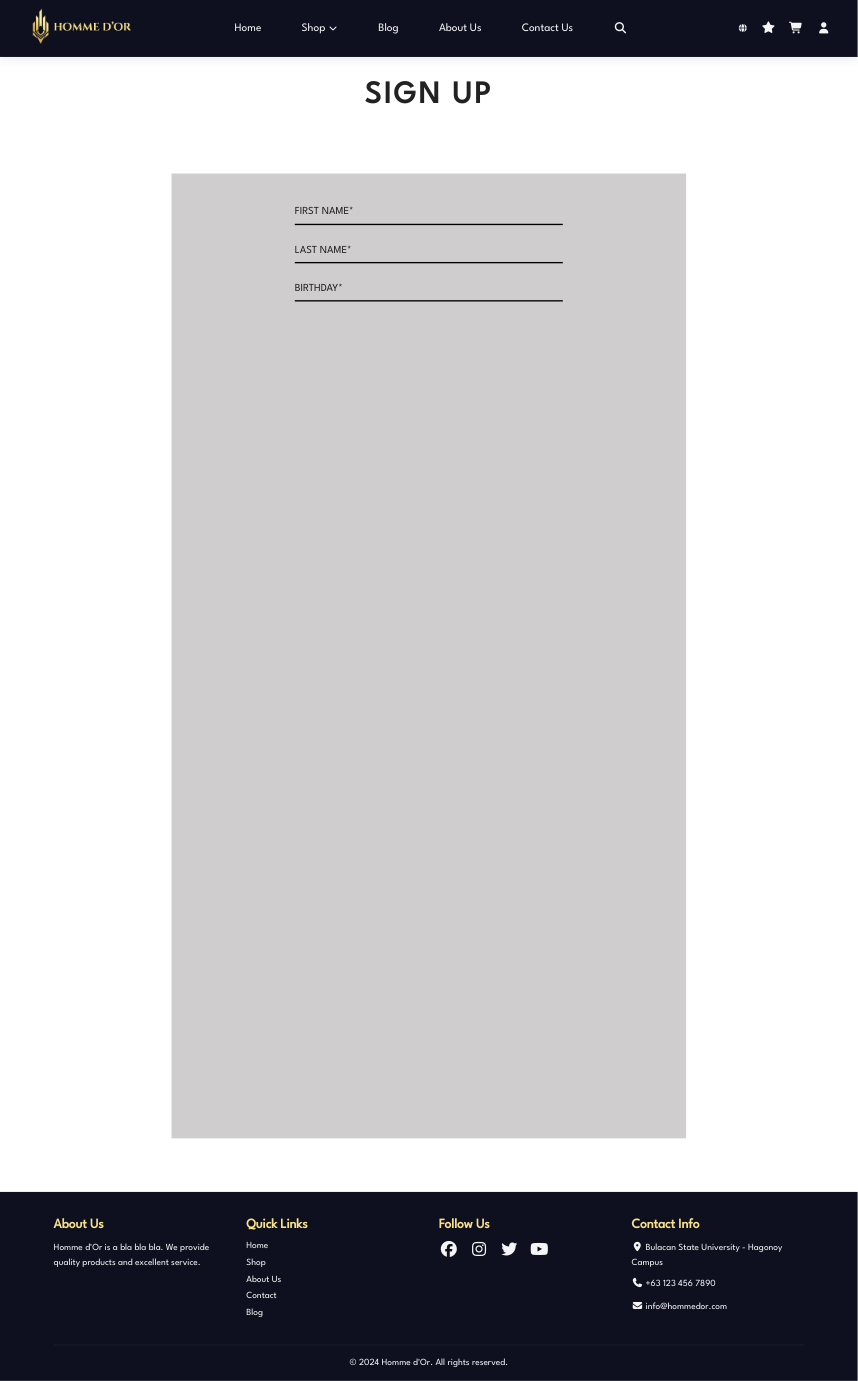
Repository: Izy-Blinken/Homme-d-Or
Page: http://localhost/Homme_dor/pages/signup.php?country=ph
The author's editor kept a copy of each file at every save. The page is drawn from the files as they stood at one save, then again after a run of saves.
The browser window is 1280 px wide. The pictures show the whole page, at 67% of full size.
The page is run by PHP 8.4 with error messages shown; the project is at /var/www/html/.

Above is the page before, as saved 2026-01-24 20:11:28.

### pages/signup.php
<!DOCTYPE html>
<html>
    <head>
        <title>Sign Up</title>
        <link rel="stylesheet" href="../assets/icons/fontawesome/css/all.min.css">
        <link rel="stylesheet" href="../assets/css/style.css">
    </head>

    <body>

        <?php include '../components/header.php'; ?>

        <main>
            <div class="signupTitle">
                <h2><b>SIGN UP</b></h2>
            </div>

            <div class="signupContainer">

                <div class="inputGroup">
                    <input type="text" required>
                    <label>FIRST NAME*</label>
                </div>

                <div class="inputGroup">
                    <input type="text" required>
                    <label>LAST NAME*</label>
                </div>

                <div class="inputGroup">
                    <input type="text" required>
                    <label>BIRTHDAY*</label>
                </div>


            </div>
        </main>

        <?php include '../components/footer.php'; ?>

    </body>
</html>

### components/header.php
<?php
$currentPage = basename($_SERVER['PHP_SELF']);
?>

<section id="header">
    <a href="index.php">
        <img src="../assets/images/brand_images/prodLogo.png" class="logo" alt="Brand Logo">
    </a>

    <div class="nav-wrapper">
        <ul id="navbar">
            <li><a class="<?php echo ($currentPage == 'index.php') ? 'active' : ''; ?>" href="index.php">Home</a></li>
            <li class="dropdown">
                <a >
                    Shop <i class="fa-solid fa-chevron-down"></i>
                </a>
                <ul class="dropdown-menu">
                    <li><a href="shop.php?category=sale">Sale</a></li>
                    <li><a href="shop.php?category=new-arrival">New Arrival</a></li>
                    <li><a href="shop.php?category=top-picks">Top Picks</a></li>
                    <li><a href="shop.php?category=daily-wear">Daily Wear</a></li>
                    <li><a href="shop.php?category=premium">Premium</a></li>
                </ul>
            </li>
            <li><a class="<?php echo ($currentPage == 'blog.php') ? 'active' : ''; ?>" href="blog.php">Blog</a></li>
            <li><a class="<?php echo ($currentPage == 'AboutUs.php') ? 'active' : ''; ?>" href="AboutUs.php">About Us</a></li>
            <li><a class="<?php echo ($currentPage == 'ContactUs.php') ? 'active' : ''; ?>" href="ContactUs.php">Contact Us</a></li>
            <li><a href="search.php"><i class="fa-solid fa-search"></i></a></li>
        </ul>

        <ul id="navbar-right">
        <li class="dropdown country-dropdown">
            <a href="#">
                <i class="fa-solid fa-globe"></i>
            </a>
            <ul class="dropdown-menu country-menu">
                <li><a href="?country=ph"><span class="flag">🇵🇭</span> Philippines</a></li>
                <li><a href="?country=jp"><span class="flag">🇯🇵</span> Japan</a></li>
                <li><a href="?country=cn"><span class="flag">🇨🇳</span> China</a></li>
                <li><a href="?country=fr"><span class="flag">🇫🇷</span> France</a></li>
            </ul>
        </li>
        <li><a class="<?php echo ($currentPage == 'wishlist.php') ? 'active' : ''; ?>"href="wishlist.php"><i class="fa-solid fa-star"></i></a></li>
            <li><a class="<?php echo ($currentPage == 'cart.php') ? 'active' : ''; ?>" href="cart.php"><i class="fa-solid fa-shopping-cart"></i></a></li>
            <li><a class="<?php echo ($currentPage == 'profile.php') ? 'active' : ''; ?>" href="profile.php"><i class="fa-solid fa-user"></i></a></li>
        </ul>
    </div>
</section>

### components/footer.php
<footer id="footer">
    <div class="footer-content">
        <div class="footer-section">
            <h3>About Us</h3>
            <p>Homme d'Or is a bla bla bla. We provide quality products and excellent service.</p>
        </div>

        <div class="footer-section">
            <h3>Quick Links</h3>
            <ul>
                <li><a href="index.php">Home</a></li>
                <li><a href="shop.php">Shop</a></li>
                <li><a href="AboutUs.php">About Us</a></li>
                <li><a href="ContactUs.php">Contact</a></li>
                <li><a href="blog.php">Blog</a></li>
            </ul>
        </div>

        <div class="footer-section">
            <h3>Follow Us</h3>
            <div class="social-icons">
                <a href="#"><i class="fa-brands fa-facebook"></i></a>
                <a href="#"><i class="fa-brands fa-instagram"></i></a>
                <a href="#"><i class="fa-brands fa-twitter"></i></a>
                <a href="#"><i class="fa-brands fa-youtube"></i></a>
            </div>
        </div>

        <div class="footer-section">
            <h3>Contact Info</h3>
            <p><i class="fa-solid fa-location-dot"></i> Bulacan State University - Hagonoy Campus</p>
            <p><i class="fa-solid fa-phone"></i> +63 123 456 7890</p>
            <p><i class="fa-solid fa-envelope"></i> info@hommedor.com</p>
        </div>
    </div>

    <div class="footer-bottom">
        <p>&copy; 2024 Homme d'Or. All rights reserved.</p>
    </div>
</footer>

Loaded but not shown: assets/icons/fontawesome/css/all.min.css (library); assets/css/style.css (1626 lines, source omitted)

After the next 3 saves:
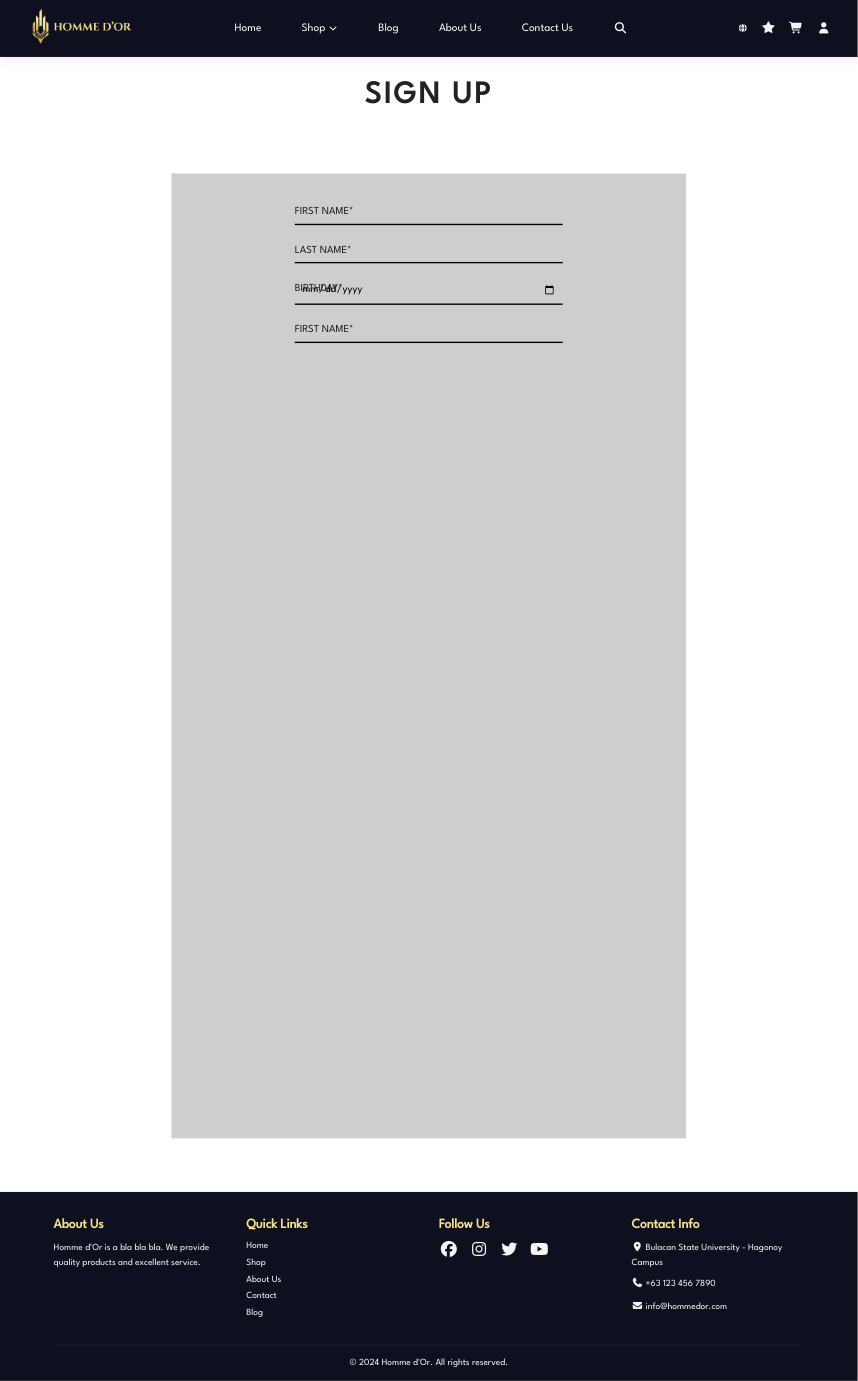
The 3 saves are shown as one change because they came seconds apart.
The last was saved 10 s later.
--- a/pages/signup.php
+++ b/pages/signup.php
@@ -28,10 +28,14 @@
                 </div>
 
                 <div class="inputGroup">
-                    <input type="text" required>
+                    <input type="date" required>
                     <label>BIRTHDAY*</label>
                 </div>
 
+                <div class="inputGroup">
+                    <input type="text" required>
+                    <label>FIRST NAME*</label>
+                </div>
 
             </div>
         </main>
